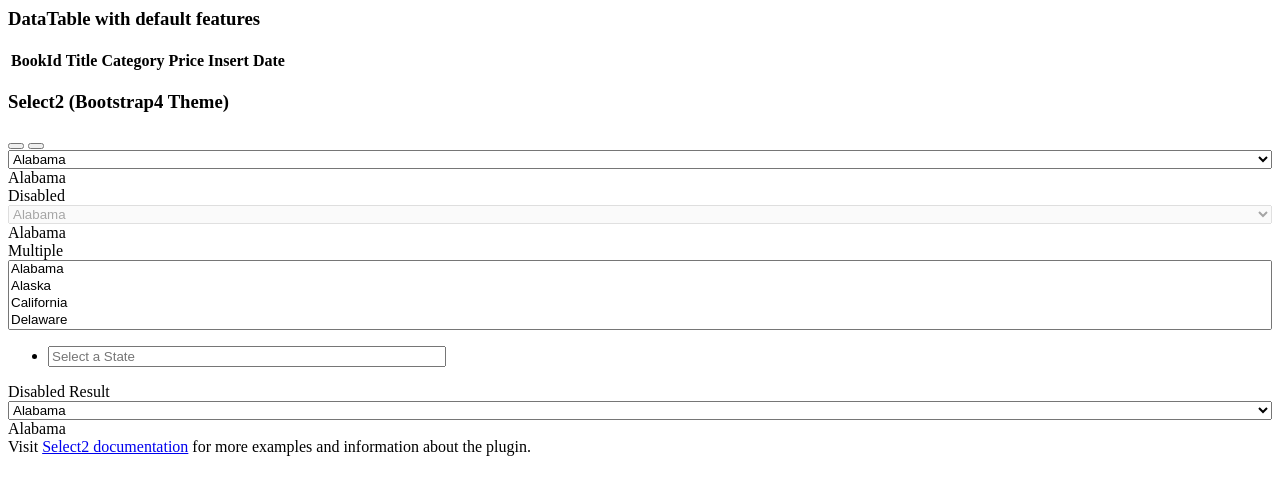
Repository: Dongmin09/EgvoProject
Page: http://localhost/egvoProject/WEB-INF/views/book/detail.jsp
The author's editor kept a copy of each file at every save. The page is drawn from the files as they stood at one save, then again after the next save.
The browser window is 1280 px wide. The pictures show the whole page.
The page is served by Tomcat 9. Nobody is signed in. Other server files are loaded and not shown. The template is opened directly, without the code that normally fills it, so the values that code supplies are empty.

Above is the page before, as saved 2022-11-14 00:49:21.

### egvoProject/src/main/webapp/WEB-INF/views/book/detail.jsp
<%@ page language="java" contentType="text/html; charset=UTF-8"%>
<%@ taglib prefix="c" uri="http://java.sun.com/jsp/jstl/core" %>
<%@ page language="java" contentType="text/html; charset=UTF-8"%>
<%@ taglib prefix="c" uri="http://java.sun.com/jsp/jstl/core"%>
<div class="card">
   <div class="card-header">
      <h3 class="card-title">DataTable with default features</h3>
   </div>
   <div class="card-body">
      <div id="example1_wrapper" class="dataTables_wrapper dt-bootstrap4">
         <div class="row">
            <div class="col-sm-12">
               <table id="example1"
                  class="table table-bordered table-striped dataTable dtr-inline"
                  aria-describedby="example1_info">
                  <thead>
                     <tr>
                        <th class="sorting" tabindex="0" aria-controls="example1"
                           rowspan="1" colspan="1"
                           aria-label="BookId: activate to sort column ascending">BookId</th>
                        <th class="sorting sorting_asc" tabindex="0"
                           aria-controls="example1" rowspan="1" colspan="1"
                           aria-label="Title: activate to sort column descending"
                           aria-sort="ascending">Title</th>
                        <th class="sorting" tabindex="0" aria-controls="example1"
                           rowspan="1" colspan="1"
                           aria-label="Category: activate to sort column ascending">Category</th>
                        <th class="sorting" tabindex="0" aria-controls="example1"
                           rowspan="1" colspan="1"
                           aria-label="Price: activate to sort column ascending">Price</th>
                        <th class="sorting" tabindex="0" aria-controls="example1"
                           rowspan="1" colspan="1"
                           aria-label="Insert Date: activate to sort column ascending">Insert Date</th>
                     </tr>
                  </thead>
                  <tbody>

                     <c:forEach var="bookVO" items="${bookVOList}" varStatus="stat">
                        <c:if test="${stat.count%2!=0}"><tr class="odd"></c:if>
                        <c:if test="${stat.count%2==0}"><tr class="even"></c:if>
                        <tr class="odd">
                           <td class="dtr-control">${bookVO.bookId}</td>
                           <td>${bookVO.title}</td>
                           <td>${bookVO.category}</td>
                           <td>${bookVO.price}</td>
                           <td>${bookVO.insertDate}</td>
                        </tr>
                     </c:forEach>
                  </tbody>
               </table>
            </div>
         </div>
         </div>
         </div>
      </div>
   </div>


<!-- ///////////////////////////////////////////  -->
<div class="card card-default">
	<div class="card-header">
		<h3 class="card-title">Select2 (Bootstrap4 Theme)</h3>
		<div class="card-tools">
			<button type="button" class="btn btn-tool"
				data-card-widget="collapse">
				<i class="fas fa-minus"></i>
			</button>
			<button type="button" class="btn btn-tool" data-card-widget="remove">
				<i class="fas fa-times"></i>
			</button>
		</div>
	</div>

	<div class="card-body">
		<div class="row">
			<div class="col-md-6">
				<div class="form-group">
					<label>${bookVO.bookId}</label> <select
						class="form-control select2bs4 select2-hidden-accessible"
						style="width: 100%;" data-select2-id="17" tabindex="-1"
						aria-hidden="true">
						<option selected="selected" data-select2-id="19">Alabama</option>
						<option>Alaska</option>
						<option>California</option>
						<option>Delaware</option>
						<option>Tennessee</option>
						<option>Texas</option>
						<option>Washington</option>
					</select><span
						class="select2 select2-container select2-container--bootstrap4"
						dir="ltr" data-select2-id="18" style="width: 100%;"><span
						class="selection"><span
							class="select2-selection select2-selection--single"
							role="combobox" aria-haspopup="true" aria-expanded="false"
							tabindex="0" aria-disabled="false"
							aria-labelledby="select2-r621-container"><span
								class="select2-selection__rendered" id="select2-r621-container"
								role="textbox" aria-readonly="true" title="Alabama">Alabama</span><span
								class="select2-selection__arrow" role="presentation"><b
									role="presentation"></b></span></span></span><span class="dropdown-wrapper"
						aria-hidden="true"></span></span>
				</div>

				<div class="form-group">
					<label>Disabled</label> <select
						class="form-control select2bs4 select2-hidden-accessible"
						disabled="" style="width: 100%;" data-select2-id="20"
						tabindex="-1" aria-hidden="true">
						<option selected="selected" data-select2-id="22">Alabama</option>
						<option>Alaska</option>
						<option>California</option>
						<option>Delaware</option>
						<option>Tennessee</option>
						<option>Texas</option>
						<option>Washington</option>
					</select><span
						class="select2 select2-container select2-container--bootstrap4 select2-container--disabled"
						dir="ltr" data-select2-id="21" style="width: 100%;"><span
						class="selection"><span
							class="select2-selection select2-selection--single"
							role="combobox" aria-haspopup="true" aria-expanded="false"
							tabindex="-1" aria-disabled="true"
							aria-labelledby="select2-twjp-container"><span
								class="select2-selection__rendered" id="select2-twjp-container"
								role="textbox" aria-readonly="true" title="Alabama">Alabama</span><span
								class="select2-selection__arrow" role="presentation"><b
									role="presentation"></b></span></span></span><span class="dropdown-wrapper"
						aria-hidden="true"></span></span>
				</div>

			</div>

			<div class="col-md-6">
				<div class="form-group">
					<label>Multiple</label> <select
						class="select2bs4 select2-hidden-accessible" multiple=""
						data-placeholder="Select a State" style="width: 100%;"
						data-select2-id="23" tabindex="-1" aria-hidden="true">
						<option>Alabama</option>
						<option>Alaska</option>
						<option>California</option>
						<option>Delaware</option>
						<option>Tennessee</option>
						<option>Texas</option>
						<option>Washington</option>
					</select><span
						class="select2 select2-container select2-container--bootstrap4"
						dir="ltr" data-select2-id="24" style="width: 100%;"><span
						class="selection"><span
							class="select2-selection select2-selection--multiple"
							role="combobox" aria-haspopup="true" aria-expanded="false"
							tabindex="-1" aria-disabled="false"><ul
									class="select2-selection__rendered">
									<li class="select2-search select2-search--inline"><input
										class="select2-search__field" type="search" tabindex="0"
										autocomplete="off" autocorrect="off" autocapitalize="none"
										spellcheck="false" role="searchbox" aria-autocomplete="list"
										placeholder="Select a State" style="width: 398.137px;"></li>
								</ul></span></span><span class="dropdown-wrapper" aria-hidden="true"></span></span>
				</div>

				<div class="form-group">
					<label>Disabled Result</label> <select
						class="form-control select2bs4 select2-hidden-accessible"
						style="width: 100%;" data-select2-id="25" tabindex="-1"
						aria-hidden="true">
						<option selected="selected" data-select2-id="27">Alabama</option>
						<option>Alaska</option>
						<option disabled="disabled">California (disabled)</option>
						<option>Delaware</option>
						<option>Tennessee</option>
						<option>Texas</option>
						<option>Washington</option>
					</select><span
						class="select2 select2-container select2-container--bootstrap4"
						dir="ltr" data-select2-id="26" style="width: 100%;"><span
						class="selection"><span
							class="select2-selection select2-selection--single"
							role="combobox" aria-haspopup="true" aria-expanded="false"
							tabindex="0" aria-disabled="false"
							aria-labelledby="select2-qlzs-container"><span
								class="select2-selection__rendered" id="select2-qlzs-container"
								role="textbox" aria-readonly="true" title="Alabama">Alabama</span><span
								class="select2-selection__arrow" role="presentation"><b
									role="presentation"></b></span></span></span><span class="dropdown-wrapper"
						aria-hidden="true"></span></span>
				</div>

			</div>

		</div>

	</div>

	<div class="card-footer">
		Visit <a href="https://select2.github.io/">Select2 documentation</a>
		for more examples and information about the plugin.
	</div>
</div>

After the next save:
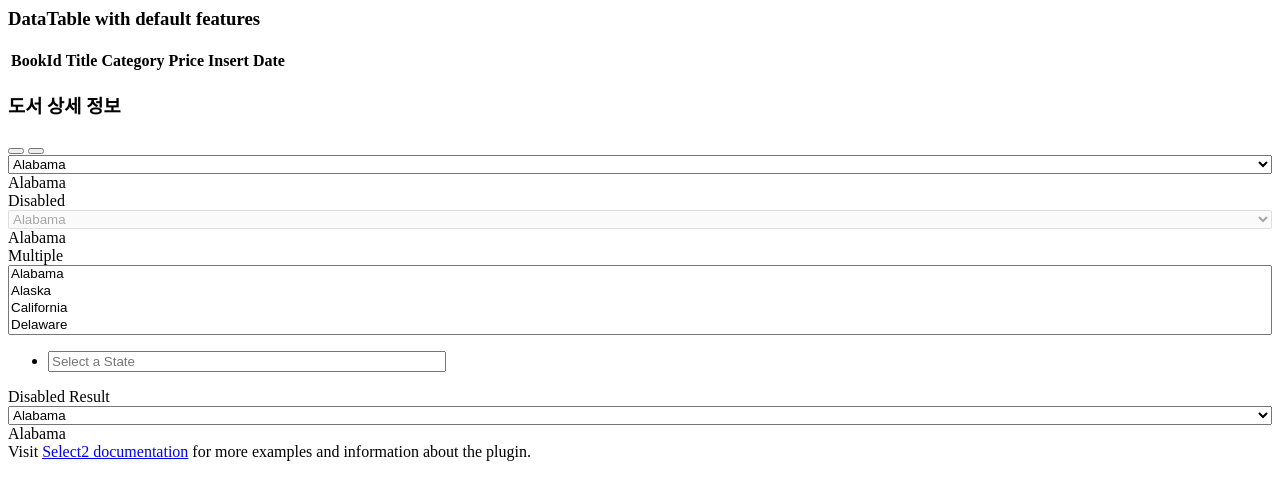
Saved 18 s later.
--- a/egvoProject/src/main/webapp/WEB-INF/views/book/detail.jsp
+++ b/egvoProject/src/main/webapp/WEB-INF/views/book/detail.jsp
@@ -59,7 +59,7 @@
 <!-- ///////////////////////////////////////////  -->
 <div class="card card-default">
 	<div class="card-header">
-		<h3 class="card-title">Select2 (Bootstrap4 Theme)</h3>
+		<h3 class="card-title">도서 상세 정보</h3>
 		<div class="card-tools">
 			<button type="button" class="btn btn-tool"
 				data-card-widget="collapse">
